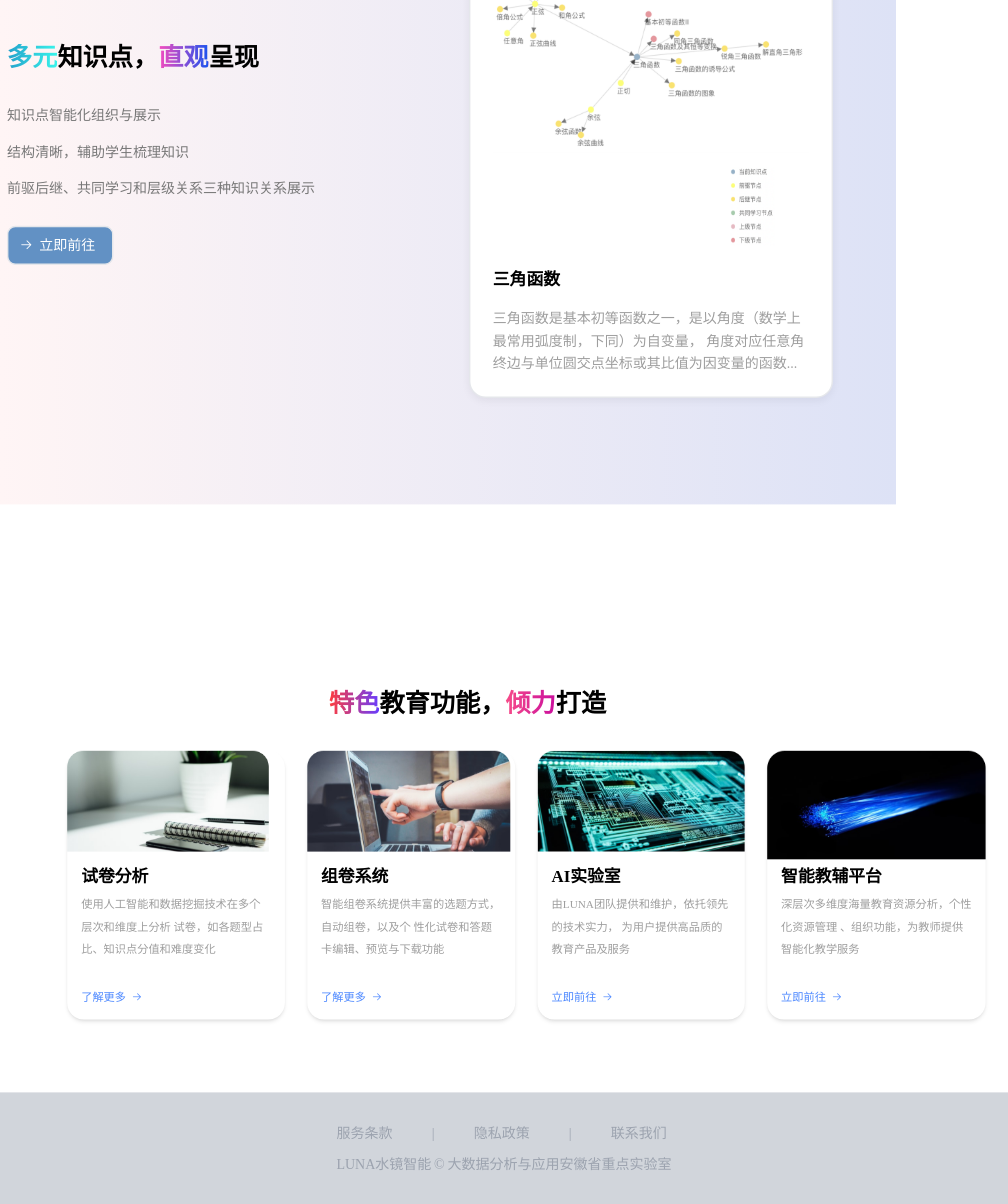
Repository: xydzy1/vue-start
Page: /
An editor plug-in stored every save of this project. The page is shown before and after the next save, followed by the edit.
The browser window is 1280 px wide. The page is 1440 px wide, so the pictures cover 1440 px, including what lies to the right of the window. The pictures show the part of the page from y = 2632 to 4352 px (the page is 4352 px tall), at 70% of full size.
The project was rebuilt for these pictures with package versions that can differ from the ones it lists, and the page was loaded fresh each time. Also part of the build but not shown: vite.config.js, vue.config.cjs, src/assets/part1.css.

Above is the page before, as saved 2023-08-13 12:18:26.

### index.html
<!doctype html>
<html lang="en">
  <head>
    <meta charset="UTF-8" />
    <link rel="icon" type="image/svg+xml" href="/vite.svg" />
    <meta name="viewport" content="width=device-width, initial-scale=1.0" />
    <title>Vite App</title>
  </head>
  <body>
    <div id="app"></div>
    <script type="module" src="./src/main.js"></script>
  </body>
</html>

### src/main.js
// main.js
import Vue from "vue";
import VueRouter from 'vue-router'
import router from './router'
import App from "./App.vue"
import axios from 'axios'
import './style/tailwind.css'
import ElementUI from "element-ui"
import 'element-ui/lib/theme-chalk/index.css'
import './assets/part1.css'



Vue.use(ElementUI)
Vue.use(VueRouter);

new Vue({
   router,
   el: "#app",
   render: (h) => h(App)
}).$mount();

### src/router/index.js
import Vue from 'vue'
import VueRouter from 'vue-router'

Vue.use(VueRouter)

const routes=[
    {
        path: '/',
        redirect: 'new_homepage',
    },
    {
        path: '/new_homepage',
        name: 'new_homepage',
        component: () => import('../components/main.vue'),
    },
    {
        path: '/hello',
        name: 'hello',
        component: () => import('../components/hello.vue'),
    }
]

const router = new VueRouter({
    mode: 'history',
    routes
  })

export default router

### src/App.vue
<template>
	<div>
		<router-view/>
	</div>
</template>

<script>

</script>

### src/components/main.vue
<template>
	<body class="font-Sara items-center overflow-x-hidden">
		<part1/>
		<part2/>
		<part3/>
		<part4/>
	</body>
</template>

<style scoped>

</style>

<script>
	import part1 from './all_part/part1.vue'
	import part2 from './all_part/part2.vue'
	import part3 from './all_part/part3.vue'
	import part4 from './all_part/part4.vue'
	export default{
		data() {
			return {}
		},
		methods:{},
		created(){
		},
		components:{part1,part2,part3,part4},
	}
	//导航栏响应滚动变色
	window.onscroll=function(){
		var topScroll =window.pageYOffset;
		console.log(topScroll)
		var nav=document.getElementById("nav");
		if(topScroll>120){
			nav.style.backgroundColor = 'rgba(255,255,255,0.75)';
			nav.style.backdropFilter = 'blur(24px)';
		}
		else{
			nav.style.backgroundColor = '';
			nav.style.backdropFilter = '';
		}
	}

</script>

### src/components/all_part/part1.vue
<template>
    <div>
        <div class="w-full max-w-1280 p-10 md:p-5 absolute flex items-center justify-center h-p1_1_nh md:h-p1_1_wh bg-gradient-to-r from-p1_c3 from-0% via-p1_c2 via-45% to-p1_c1 to-100% bg-opacity-100">
			<div class="fixed flex flex-row top-0 w-full z-50 py-nav_py" id="nav">
				<span class="flex-none pl-14">
					<img src="../../image/logo.png" class="w-36 h-11" >
				</span>
				<span class="flex-1"></span>
				<span class="hidden flex-none md:flex flex-row flex-nowrap max-w-1280 mx-14 text-xl font-medium">
					<button class="pr-3 hover:text-blue-400">首页</button>
					<button class="pr-3 ml-6 hover:text-blue-400">功能</button>
					<button v-for="item in ['AI实验室','成员']" class="ml-6 pr-3 hover:text-blue-400">{{ item }}</button>
					<span class="ml-6 mt-2">|</span>
					<button class="ml-6 hover:text-blue-400 ">登录</button>
					<button class="border-login_cborder border-2 rounded-full pl-4 pr-4 ml-6 py-2 hover:text-blue-400 ">注册</button>
				</span>
				<span class="flex-1 md:hidden">
					<button class="hover:text-blue-400 text-4xl absolute right-4"><i class="el-icon-menu"></i></button>
				</span>
			</div>
			<div class="absolute flex flex-row max-w-1280 bottom-logo_bottom">
				<span class="flex-none">
					<img src="../../image/logo2.png" class="w-32 h-32">
				</span>
				<span class="mx-3 pt-5">
					<h1 class="text-5xl font-medium px-5 tracking-widest">LUNA</h1>
					<h2 class="text-2xl font-normal text-center max-w-760 mt-2 tracking-wider">智慧教育知识图谱</h2>
				</span>
			</div>
			<div class="absolute flex flex-row shadow-p1_shadow max-w-1280 border-2 rounded-full w-auto md:w-160 h-16 mx-15 md:mx-0 bg-white items-center bottom-0 -bottom-8 z-40">
				<i class="el-icon-search text-2xl ml-5 mr-3"></i>
				<div class="w-search_frame_narrow md:w-search_frame_wide">
					<input type="text" class="my-search_frame_my flex-none text-left text-4.5 font-medium w-search_frame_narrow md:w-search_frame_wide flex-none outline-none z-1" placeholder="在此输入知识点名称" v-model="serchinfo">
				</div>
				<button @click='hello' class="ml-4 shadow-p1_shadow2 transition duration-300 text-center rounded-full px-10 py-3 z-2 text-white text-xl font-normal bg-gradient-to-r from-p1_cbutton1 to-p1_cbutton2">
					搜索
				</button>
			</div>
		</div>
        <div class="w-full max-w-1280 absolute flex items-center justify-center h-p1_2_nh md:h-p1_2_wh mt-p1_1_nh md:mt-p1_1_wh">
			    <div class="absolute top-10">
				    <button @click="hello" class="transition duration-300 rounded-full pl-10 pr-10 pt-3 pb-3 bg-gradient-to-t from-p1_cbutton1 to-p1_cbutton2 text-white text-xl font-normal">
					    vue-router-api
				    </button>
			    </div>
			    <div class="flex-none absolute top-1/3 w-760 text-center text-5xl font-medium">
				    寓智于教，致知未来
			    </div>
			    <div class="flex-none absolute flex top-1/2 w-760 text-center text-xl font-normal">
					智慧教育知识图谱（LUNA）致力于为广大师生提供深层次、多维度的海量教育资源处理分析工具，与智能、个性化的教育资源组织、分析与评估服务
			    </div>
		</div>
    </div>
</template>


<style scoped>
	button{
		transition-duration: 300ms;
	}
	button:active{
		transform: scale(.95);
	}
	button:hover{
		filter: brightness(.9);
	}
</style>

<script>
    export default{
        name: 'part1',
        data() {
			return {
				serchinfo: '三角函数',
			}
		},
		methods:{
			hello() {
				this.$router.replace('/hello');
			},
		},
    }
</script>

### src/components/all_part/part2.vue
<template>
    <div class="absolute w-full max-w-1280 flex items-center justify-center h-1500 minw:h-1000 mt-p2_mt px-10 minw:px-20 py-50">
			<div class="flex flex-col-reverse minw:flex-row flex-none items-center justify-center">
				<div class="flex flex-col items-center justify-center minw:items-stretch mt-20 minw:mt-0">
					<div class="flex flex-row text-xl font-semibold ml-6">
						<div class="flex flex-col" id="b1">
							<button class="flex-none" @click="c1">试题资源</button>
							<p class="w-auto h-0.5 bg-black" id="l1"></p>
						</div>
						<p class="w-10"></p>
						<div class="flex flex-col" id="b2">
							<button class="flex-none" @click="c2">试卷资源</button>
							<p class="w-auto h-0.5 bg-black" id="l2"></p>
						</div>
						<p class="w-10"></p>
						<div class="flex flex-col" id="b3">
							<button class="flex-none" @click="c3">教材教辅</button>
							<p class="w-auto h-0.5 bg-black" id="l3"></p>
						</div>
					</div>
					<div class="flex items-center justify-center mt-8">
						<div class="flex-none">
							<img src="../../image/data.png" class="w-152.5 h-130">
						</div>
					</div>
				</div>
				<div class="flex flex-col mt-36 ml-15">
					<span class="w-125 text-4xl font-bold text-center minw:text-left">
						<span class="bg-gradient-to-r from-p2_cword1_1 to-p2_cword1_2 inline-block bg-clip-text text-transparent">海量</span>
						<span >教学资源，</span>
						<span class="bg-gradient-to-r from-p2_cword2_1 to-p2_cword2_2 inline-block bg-clip-text text-transparent">智能</span>
						<span>处理</span>
					</span>
					<ul class="w-125 text-xl font-normal text-p3_cword4 mt-10 text-center minw:text-left">
						<li>海量标准化、体系化的教学资源</li>
						<li class="pt-6">基于高效准确的试题相似度评估算法的高质量资源库</li>
						<li class="pt-6">智能与个性化的资源录入、查询和管理服务</li>
					</ul>
					<span class="flex flex-row w-125 text-xl text-white font-normal mt-10">
						<button class="bg-p2_cbutton2 pt-3 pb-3 pl-5 pr-5 mr-4  rounded-xl"><i class="el-icon-edit"></i> 试题录入</button>
						<button class="bg-p2_cbutton3 pt-3 pb-3 pl-5 pr-5 mr-4  rounded-xl"><i class="el-icon-search"></i> 试题检索</button>
						<button class="bg-p2_cbutton1 pt-3 pb-3 pl-5 pr-5  rounded-xl"><i class="el-icon-reading"></i> 智能分析</button>
					</span>
				</div>
			</div>
	</div>
</template>

<style>
	button{
		transition-duration: 300ms;
	}
	button:active{
		transform: scale(.95);
	}
	button:hover{
		filter: brightness(.9);
	}
</style>

<script>
    export default{
        name: 'part2',
		data(){
			return{

			}
		},
		methods:{
			c1(){
				var b1=document.getElementById('b1');
				var b2=document.getElementById('b2');
				var b3=document.getElementById('b3');
				var l1=document.getElementById('l1');
				var l2=document.getElementById('l2');
				var l3=document.getElementById('l3');
				b1.style.color='#000000';
				b2.style.color='#707070';
				b3.style.color='#707070';
				l1.style.display='';
				l2.style.display='none';
				l3.style.display='none';
			},
			c2(){
				var b1=document.getElementById('b1');
				var b2=document.getElementById('b2');
				var b3=document.getElementById('b3');
				var l1=document.getElementById('l1');
				var l2=document.getElementById('l2');
				var l3=document.getElementById('l3');
				b1.style.color='#707070';
				b2.style.color='#000000';
				b3.style.color='#707070';
				l1.style.display='none';
				l2.style.display='';
				l3.style.display='none';
			},
			c3(){
				var b1=document.getElementById('b1');
				var b2=document.getElementById('b2');
				var b3=document.getElementById('b3');
				var l1=document.getElementById('l1');
				var l2=document.getElementById('l2');
				var l3=document.getElementById('l3');
				b1.style.color='#707070';
				b2.style.color='#707070';
				b3.style.color='#000000';
				l1.style.display='none';
				l2.style.display='none';
				l3.style.display='';
			}
		},
		mounted(){
			this.c1();
		}
	}
</script>

### src/components/all_part/part3.vue
<template>
    <div class="items-center justify-center py-45 px-10 minw:px-20 absolute w-full max-w-1280 flex flex-col minw:flex-row h-1500 minw:h-1000 mt-p3_mt2 minw:mt-p3_mt1 bg-gradient-to-r from-p3_c1 to-p3_c2">
			<div class="flex-none">
				<div class="flex flex-col items-center minw:items-stretch">
					<span class="flex-none w-125 h-8 text-4xl font-bold text-center minw:text-left">
						<span class="bg-gradient-to-r from-p3_cword1_1 to-p3_cword1_2 inline-block bg-clip-text text-transparent">
							多元
						</span>
						<span>知识点，</span>
						<span class="bg-gradient-to-r from-p3_cword2_1 to-p3_cword2_2 inline-block bg-clip-text text-transparent">
							直观
						</span>
						<span>呈现</span>
					</span>
					<ul class="flex-none text-xl font-normal mt-14 text-p3_cword4 text-center minw:text-left">
						<li>知识点智能化组织与展示</li>
						<li class="pt-6">结构清晰，辅助学生梳理知识</li>
						<li class="pt-6">前驱后继、共同学习和层级关系三种知识关系展示</li>
					</ul>
					<span class="flex-none mt-10 text-white text-xl font-normal">
						<button class="bg-p3_cbutton pl-4 pr-6 pt-3 pb-3 border-2 rounded-xl"><i class="el-icon-right pr-2"></i>立即前往</button>
					</span>
				</div>
			</div>
			<div class="flex-none flex flex-col items-center justify-center px-0 minw:px-20 mt-20 minw:mt-11">
					<div class="w-130 minw:ml-20 h-auto px-8 flex flex-col flex-none border-2 rounded-3xl shadow-p3_shadow bg-white z-0">
						<span class="flex-none">
							<img src="../../image/triangle.png" class="w-114 h-80">
							<img src="../../image/triangle2.png" class="relative left-3/4 w-16 h-28">
						</span>
						<span class="pb-8 mt-8 flex flex-col flex-none">
							<span class="text-2xl font-bold">三角函数</span>
							<span class="text-xl font-normal text-p3_cword3 mt-6 leading-8">
								<p>三角函数是基本初等函数之一，是以角度（数学上最常用弧度制，下同）为自变量，
									角度对应任意角终边与单位圆交点坐标或其比值为因变量的函数...</p>
							</span>
						</span>
					</div>
			</div>
	</div>
</template>

<script>
    export default{
        name: 'part2'
    }
</script>

### src/components/all_part/part4.vue
<template>
    <div class="transition duration-200 ease-in-out w-full max-w-1280">
        <div class="py-66 px-20 absolute flex flex-col h-auto md:h-1160 mt-p4_mt2 minw:mt-p4_mt1 items-center justify-center">
			<div class="flex-none flex text-4xl ml-24 minw:ml-0 font-bold w-125 ">
				<span class="bg-gradient-to-r from-p4_cword1_1 to-p4_cword1_2 inline-block bg-clip-text text-transparent">
					特色
				</span>
				<span>教育功能，</span>
				<span class="bg-gradient-to-r from-p4_cword2_1 to-p4_cword2_2 inline-block bg-clip-text text-transparent">
					倾力
				</span>
				<span>打造</span>
			</div>
			<div class="flex flex-col minw:flex-row mt-12">
				<div class="flex-none flex flex-col md:flex-row max-w-full minw:max-w-2xl">
					<div class="relative transform hover:-translate-y-4 flex flex-col w-auto min-w-72 h-96 rounded-3xl shadow-md mx-4">
						<div>
							<img src="../../image/p4-1.png" class="w-auto minw:w-72 h-36 hover:mt-4">
						</div>
						<span class="text-2xl font-bold mt-5 mx-5">试卷分析</span>
						<span class="text-p3_cword3 leading-8 mt-2 mx-5 font-normal">
							<p>使用人工智能和数据挖掘技术在多个层次和维度上分析
							试卷，如各题型占比、知识点分值和难度变化</p>
						</span>
						<span class="absolute bottom-5">
							<button class="text-p4_cbutton pl-5 pt-2">了解更多<i class="el-icon-right pl-2"></i></button>
						</span>
					</div>
					<div class="relative transform hover:-translate-y-4 flex flex-col w-auto min-w-72 h-96 rounded-3xl shadow-md mx-4 mt-16 md:mt-0">
						<div>
							<img src="../../image/p4-2.png" class="w-auto min-w-72 h-36">
						</div>
						<span class="text-2xl font-bold mt-5 mx-5">组卷系统</span>
						<span class="text-p3_cword3 leading-8 mt-2 mx-5 font-normal">
							<p>智能组卷系统提供丰富的选题方式，自动组卷，以及个
								性化试卷和答题卡编辑、预览与下载功能</p>
						</span>
						<span class="absolute bottom-5">
							<button class="text-p4_cbutton pl-5 pt-2">了解更多<i class="el-icon-right pl-2"></i></button>
						</span>
					</div>
				</div>
				<div class="flex flex-none flex-col md:flex-row max-w-full minw:max-w-2xl">
					<div class="relative transform hover:-translate-y-4 flex flex-col w-auto min-w-72 h-96 rounded-3xl shadow-md mx-4 mt-16 minw:mt-0">
							<div class="w-auto min-w-72 h-36 overflow-hidden">
								<img src="../../image/p4-3.png"	class="object-scale-down w-auto min-w-72 h-auto min-h-36">
							</div>
							<span class="text-2xl font-bold mt-5 mx-5">AI实验室</span>
							<span class="text-p3_cword3 leading-8 mt-2 mx-5 font-normal">
								<p>由LUNA团队提供和维护，依托领先的技术实力，
									为用户提供高品质的教育产品及服务</p>
							</span>
							<span class="absolute bottom-5">
								<button class="text-p4_cbutton pl-5 pt-2">立即前往<i class="el-icon-right pl-2"></i></button>
							</span>
					</div>
					<div class="relative transform hover:-translate-y-4 flex flex-col w-auto min-w-72 h-96 rounded-3xl shadow-md mx-4 mt-16 minw:mt-0">
						<div class="bg-clip-border w-auto min-w-72 h-36">
							<img src="../../image/p4-4.png" class="object-cover w-auto min-w-72 h-auto min-h-36">
						</div>
						<span class="text-2xl font-bold mt-5 mx-5">智能教辅平台</span>
						<span class="text-p3_cword3 leading-8 mt-2 mx-5 font-normal">
							<p>深层次多维度海量教育资源分析，个性化资源管理
								、组织功能，为教师提供智能化教学服务</p>
						</span>
						<span class="absolute bottom-5">
							<button class="text-p4_cbutton pl-5 pt-2">立即前往<i class="el-icon-right pl-2"></i></button>
						</span>
					</div>
				</div>
			</div>
			<div class="w-full max-w-1280 py-8 px-72 absolute bottom-0 left-0 flex h-40 bg-gray-300 items-center justify-center">
			<div class="flex-none flex flex-col">
				<span class="flex flex-row text-gray-400 text-xl font-normal">
					<span>服务条款</span>
					<span class="ml-14">|</span>
					<span class="ml-14">隐私政策</span>
					<span class="ml-14">|</span>
					<span class="ml-14">联系我们</span>
				</span>
				<span class="flex flex-row text-gray-400 text-xl font-normal pt-4">
					<span>LUNA水镜智能</span>
					<span class="ml-1">©</span>
					<span class="ml-1">大数据分析与应用安徽省重点实验室</span>
				</span>
			</div>
			</div>
		</div>
    </div>
</template>

<script>
    export default{
        name: 'part2'
    }
</script>

### tailwind.config.cjs
module.exports = {
  purge: ['./index.html', './src/**/*.{vue,js,ts,jsx,tsx}'],
  darkMode: false, // or 'media' or 'class'
  theme: {
    extend: {
      colors: {
        //background color
        p1_c1: '#ABC5F3',
        p1_c2: '#C2DEF4',
        p1_c3: '#D5F2F4',
        p3_c1: '#FFF5F5',
        p3_c2: '#DDE2F6',
        //button color
        login_cborder: '#313131',
        p1_cbutton1: '#7BAFEE',
        p1_cbutton2: '#7786EB',
        p2_cbutton1: '#766AD4',
        p2_cbutton2: '#D46A6A',
        p2_cbutton3: '#6A91D4',
        p3_cbutton: '#6291C4',
        p4_cbutton: '#4E89FF',
        //text color
        p2_cword1_1: '#FF4848',
        p2_cword1_2: '#F0BC2D',
        p2_cword2_1: '#4CC1F7',
        p2_cword2_2: '#1A52EE',
        p2_cword3: '#707070',
        p3_cword1_1: '#23A1CB',
        p3_cword1_2: '#3AF4EB',
        p3_cword2_1: '#F74CBE',
        p3_cword2_2: '#1A52EE',
        p3_cword3: '#9E9E9E',
        p3_cword4: '#787878',
        p4_cword1_1: '#FF3C3C',
        p4_cword1_2: '#663CFF',
        p4_cword2_1: '#F74C88',
        p4_cword2_2: '#CA0F9E',
      },
      container: {
        center: true,
        padding: '10px',
      },
      boxShadow: {
        'p1_shadow': '0px 6px 32px 0px rgba(0, 0, 0, 0.12)',
        'p1_shadow2': '1px 2px 6px 0px rgba(0, 0, 0, 0.08)',
        'p3_shadow': '0px 4px 12px 0px rgba(0, 0, 0, 0.06)',
      },
      spacing:{
        '11': '44px',
        '15': '60px',
        'nav_py': '17.5px',
        'search_frame_my': '19px',
        '4.5': '22px',
        '25': '100px',
        '41.5': '166px',
        '45': '180px',
        '50': '200px',
        'logo_bottom': '202px',
        '66': '264px',
        'search_frame_narrow' : '320px',
        'search_frame_wide': '440px',
        '114': '456px',
        '125': '500px',
        '130': '520px',
        '140': '560px',
        '152.5': '610px',
        'p1_1_wh': '620px',
        'p1_1_nh': '660px',
        'p1_2_wh' : '632px',
        'p1_2_nh' : '592px',
        '160': '640px',
        '760': '760px',
        '1000': '1000px',
        'p4_h': '1160px',
        '1280': '1280px',
        '1500': '1500px',
        'p2_mt': '1252px',
        'p3_mt1': '2352px',
        'p3_mt2': '2852px',
        'p4_mt1': '3352px',
        'p4_mt2': '4352px',
        'p4_mt3': '5352px',
        '3/5': '60%',
        '1/7': '14.2857143%',
        '1/8': '12.5%',
      },
      letterSpacing: {
        'widest': '.24em',
      },
      flexBasis: {
        '1/7': '14.2857143%',
        '2/7': '28.5714286%',
        '4/7': '57.1428571%',
      },
      fontFamily: {
        'Sara': ['Sarasa Gothic SC'],
      },
      fontSize: {
        '4.5': ['18px', '26px'],
      },
      lineHeight: {
        '12': '3rem',
      },
      screens: {
        'minw': '1200px',
      },
      minWidth:{
        '36': '144px',
        '72': '288px'
      },
      maxWidth:{
        /* 启用最大宽度1280
        '1280': '1280px'
        */
      }
    },
  },
  variants: {
    extend: {},
  },
  plugins: [],
}

Loaded but not shown: src/style/tailwind.css (common file)

After the next save:
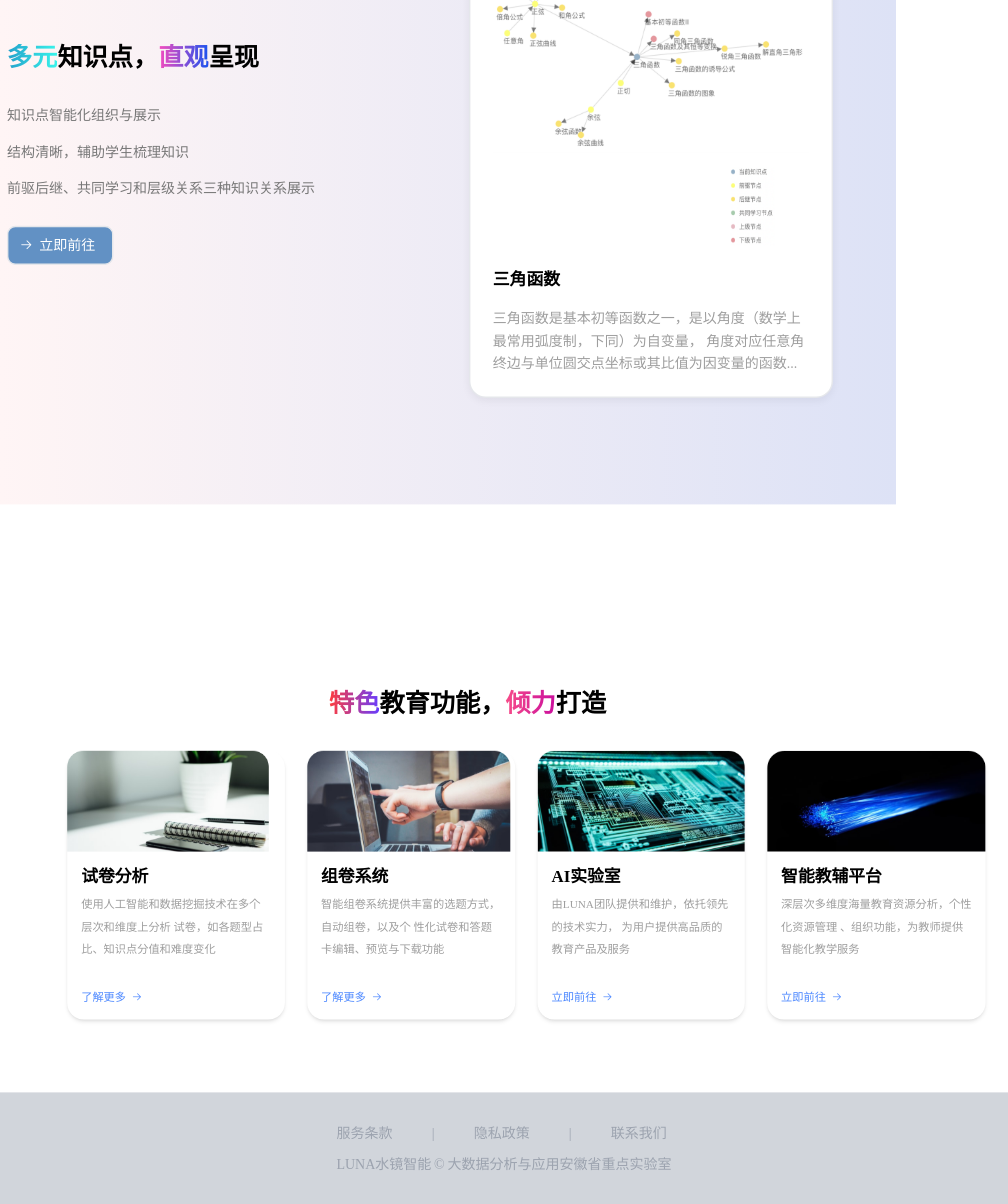
Saved 32 s later.
--- a/src/components/all_part/part4.vue
+++ b/src/components/all_part/part4.vue
@@ -43,7 +43,7 @@
 				<div class="flex flex-none flex-col md:flex-row max-w-full minw:max-w-2xl">
 					<div class="relative transform hover:-translate-y-4 flex flex-col w-auto min-w-72 h-96 rounded-3xl shadow-md mx-4 mt-16 minw:mt-0">
 							<div class="w-auto min-w-72 h-36 overflow-hidden">
-								<img src="../../image/p4-3.png"	class="object-scale-down w-auto min-w-72 h-auto min-h-36">
+								<img src="../../image/p4-3.png"	class="w-auto min-w-72 h-auto min-h-36">
 							</div>
 							<span class="text-2xl font-bold mt-5 mx-5">AI实验室</span>
 							<span class="text-p3_cword3 leading-8 mt-2 mx-5 font-normal">
@@ -55,8 +55,8 @@
 							</span>
 					</div>
 					<div class="relative transform hover:-translate-y-4 flex flex-col w-auto min-w-72 h-96 rounded-3xl shadow-md mx-4 mt-16 minw:mt-0">
-						<div class="bg-clip-border w-auto min-w-72 h-36">
-							<img src="../../image/p4-4.png" class="object-cover w-auto min-w-72 h-auto min-h-36">
+						<div class="w-auto min-w-72 h-36 overflow-hidden">
+							<img src="../../image/p4-4.png" class="w-auto min-w-72 h-auto min-h-36">
 						</div>
 						<span class="text-2xl font-bold mt-5 mx-5">智能教辅平台</span>
 						<span class="text-p3_cword3 leading-8 mt-2 mx-5 font-normal">
